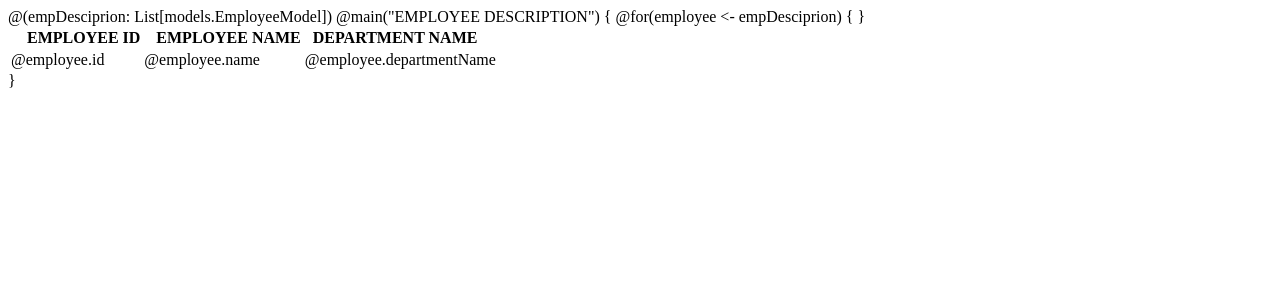
Repository: sumitkum200690/PLAY_SLICK
Page: Play_DB/app/views/employeeByIdDescription.scala.html
An editor plug-in stored every save of this project. The page is shown before and after the next save, followed by the edit.
The browser window is 1280 px wide. The pictures show the whole page.

Above is the page before, as saved 2015-09-23 11:29:11.

### Play_DB/app/views/employeeByIdDescription.scala.html
@(empDesciprion: List[models.EmployeeModel])





			@main("EMPLOYEE DESCRIPTION") {

			<table style="text-align: left;cell-spacing:3px;cell-padding:3px;border:1px;border-color: black">

			  <tr><th>&nbsp; &nbsp; EMPLOYEE ID</th><th> &nbsp; &nbsp;EMPLOYEE NAME</th><th>&nbsp;&nbsp;DEPARTMENT NAME</th> </tr>

			  @for(employee <- empDesciprion) {



		         <tr><td>@employee.id</td><td>@employee.name</td> <td>@employee.departmentName</td></tr>


			 }
			  </table>

			}

After the next save:
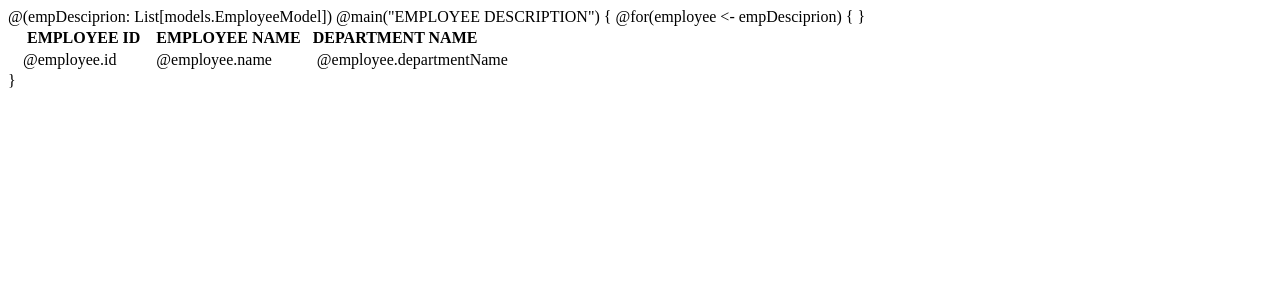
Saved 51 s later.
--- a/Play_DB/app/views/employeeByIdDescription.scala.html
+++ b/Play_DB/app/views/employeeByIdDescription.scala.html
@@ -14,7 +14,7 @@
 
 
 
-		         <tr><td>@employee.id</td><td>@employee.name</td> <td>@employee.departmentName</td></tr>
+		         <tr><td>&nbsp; &nbsp;@employee.id</td><td>&nbsp; &nbsp;@employee.name</td> <td>&nbsp; &nbsp;@employee.departmentName</td></tr>
 
 
 			 }
